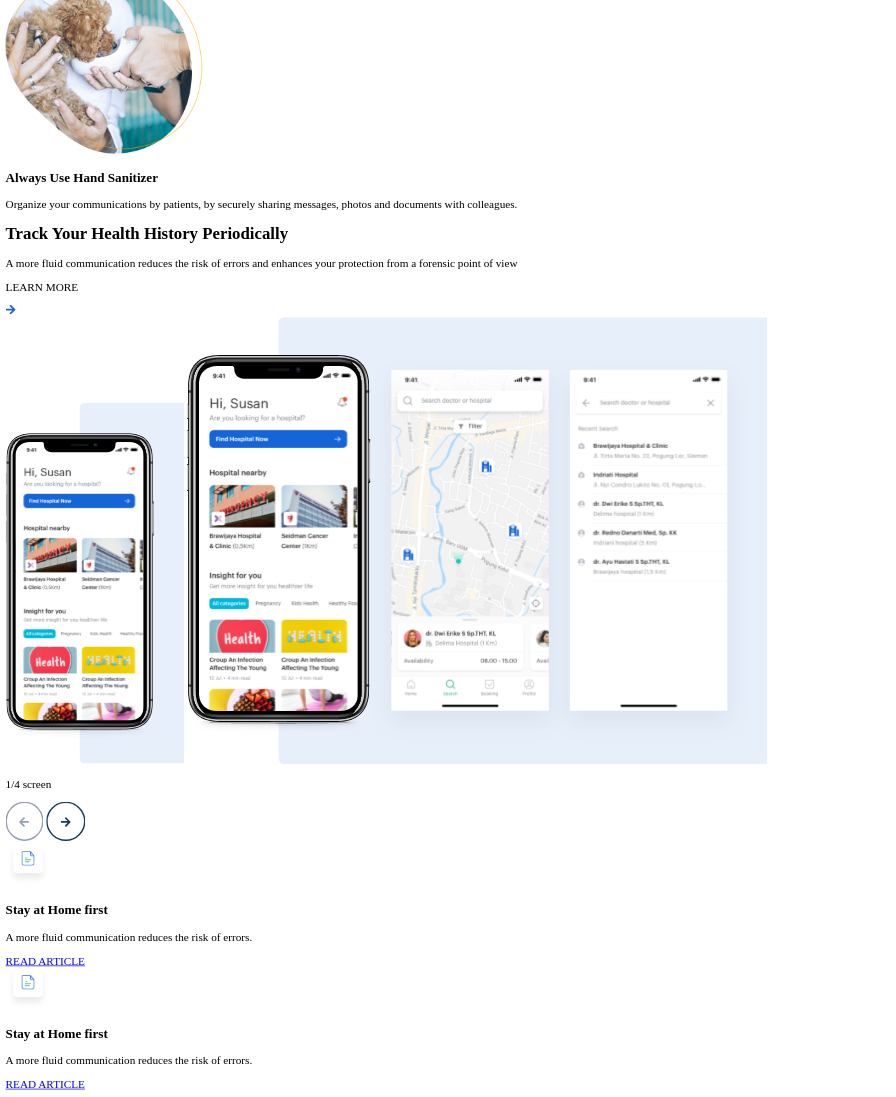
Repository: Esttevo/prova-html-css
Page: index.html
The author's editor kept a copy of each file at every save. The page is drawn from the files as they stood at one save, then again after the next save.
The browser window is 1280 px wide. The pictures show the part of the page from y = 3365 to 5285 px (the page is 4932 px tall before and 5285 px after), at 70% of full size.
A picture or video elsewhere on the page could not be fetched, so the positions and the page height are approximate.

Above is the page before, as saved 2026-08-31 18:08:08.

After the next save:
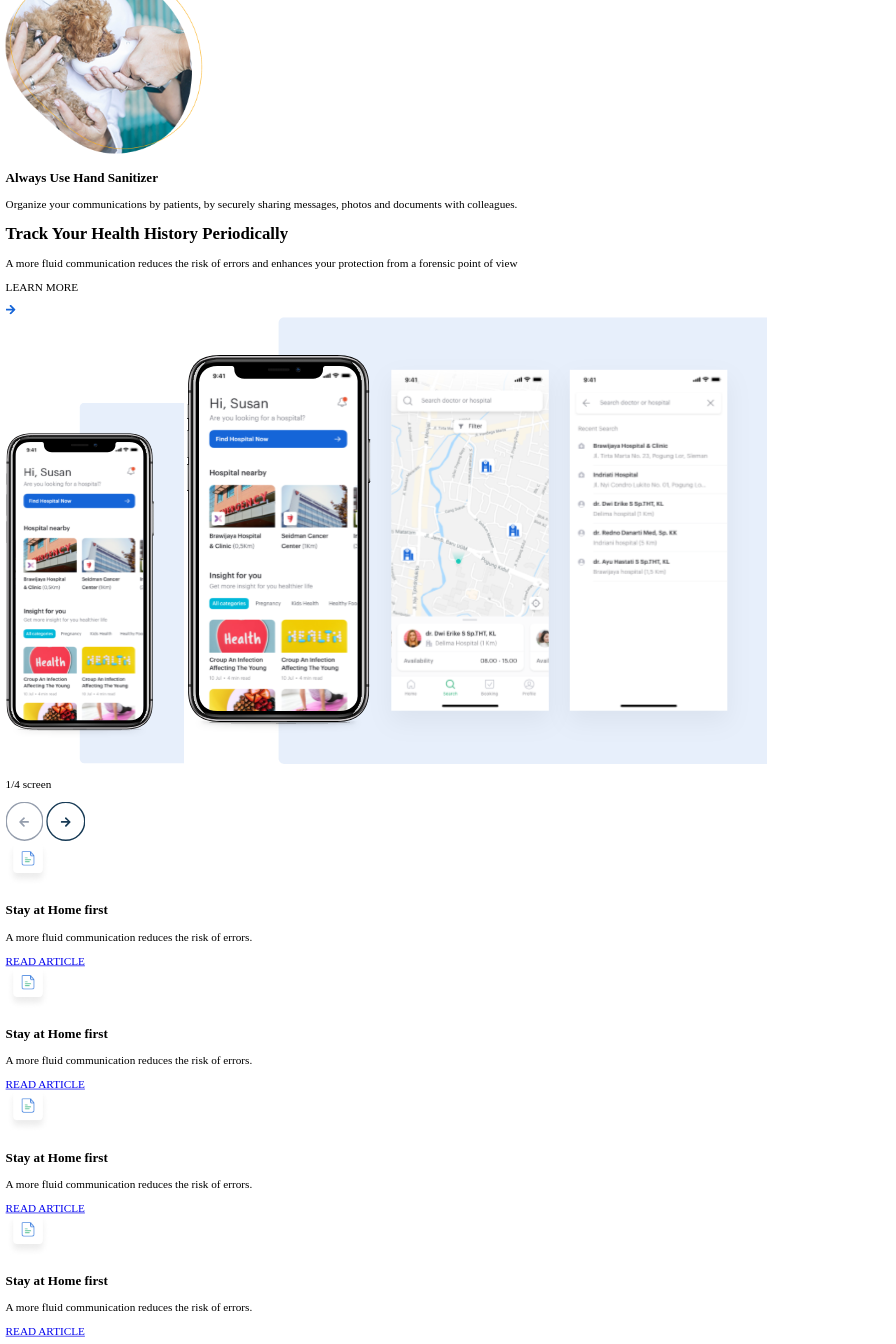
Saved 7 s later.
--- a/index.html
+++ b/index.html
@@ -293,6 +293,36 @@
                     READ ARTICLE
                 </a>
             </article>
+
+            <article class="resources-card">
+                <img src="img/icons/icon-docs.png" alt="simbolo de documento">
+
+                <h3>Stay at Home first</h3>
+
+                <p>
+                    A more fluid communication
+                    reduces the risk of errors.
+                </p>
+
+                <a href="#">
+                    READ ARTICLE
+                </a>
+            </article>
+
+            <article class="resources-card">
+                <img src="img/icons/icon-docs.png" alt="simbolo de documento">
+
+                <h3>Stay at Home first</h3>
+
+                <p>
+                    A more fluid communication
+                    reduces the risk of errors.
+                </p>
+
+                <a href="#">
+                    READ ARTICLE
+                </a>
+            </article>
         </section>
     </main>
 </body>
